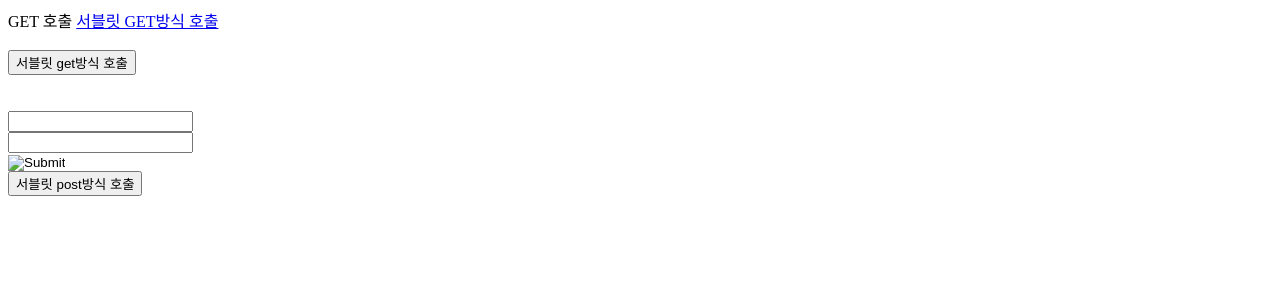
Repository: Won-Hyuk-Lee/kosta_java
Page: http://localhost/web_prj/Practice_Servlet_Call.jsp
An editor plug-in stored every save of this project. The page is shown before and after the next save, followed by the edit.
The browser window is 1280 px wide. The pictures show the whole page.
The page is served by Tomcat 9. Nobody is signed in. The application's start-up code is not run. Other server files are loaded and not shown.

Above is the page before, as saved 2024-05-21 07:32:38.

### web_prj/src/main/webapp/Practice_Servlet_Call.jsp
<%@ page language="java" contentType="text/html; charset=UTF-8"
    pageEncoding="UTF-8"%>
<!DOCTYPE html>
<html>
<head>
<meta charset="UTF-8">
<title>Insert title here</title>
</head>
<body>
GET 호출
<!-- <a href="http://localhost:8081/board_servlet_url">서블릿 GET방식 호출</a>  -->
<a href="/board_servlet_url">서블릿 GET방식 호출</a><br><br>

<form method="get" action="/board_servlet_url">
	<input type = "submit" value = "서블릿 get방식 호출">
</form><br><br>

<form method="post" action="/board_servlet_url">
	<input type = "text"><br>
	<input type = "password"><br>
	<input type = "image"><br>

	<input type = "submit" value = "서블릿 post방식 호출">
</form><br><br>
</body>
</html>

After the next save:
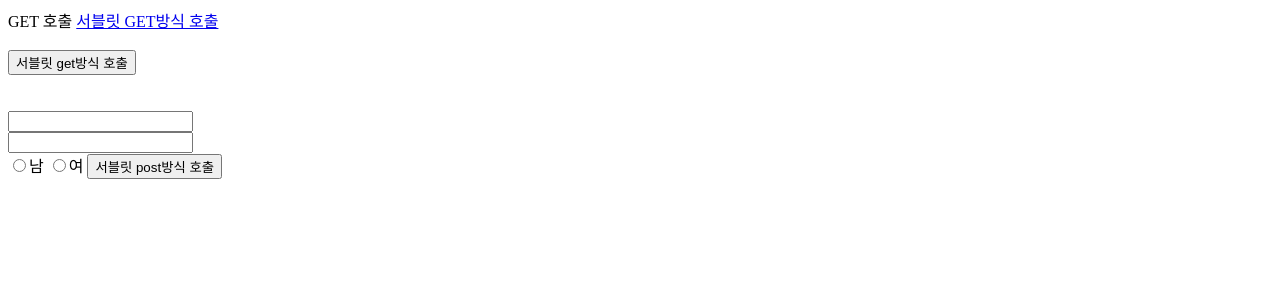
Saved 3 min 20 s later.
--- a/web_prj/src/main/webapp/Practice_Servlet_Call.jsp
+++ b/web_prj/src/main/webapp/Practice_Servlet_Call.jsp
@@ -16,9 +16,10 @@ GET 호출
 </form><br><br>
 
 <form method="post" action="/board_servlet_url">
-	<input type = "text"><br>
-	<input type = "password"><br>
-	<input type = "image"><br>
+	<input name = "userid" type = "text"><br>
+	<input name = "userpwd" type = "password"><br>
+	<input name = "gender" type = "radio">남
+	<input name = "gender" type = "radio">여
 
 	<input type = "submit" value = "서블릿 post방식 호출">
 </form><br><br>
